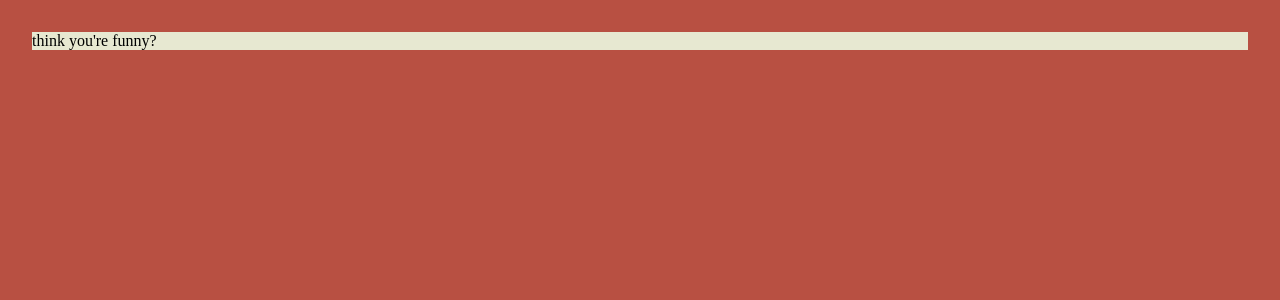
Repository: elchananChen/joke-api
Page: Client/index.html
The author's editor kept a copy of each file at every save. The page is drawn from the files as they stood at one save, then again after the next save.
The browser window is 1280 px wide. The pictures show the whole page.
The page's requests for data from a server got no answer.

Above is the page before, as saved 2024-11-05 01:35:20.
Console error: TypeError: Cannot read properties of undefined (reading 'forEach')

After the next save:
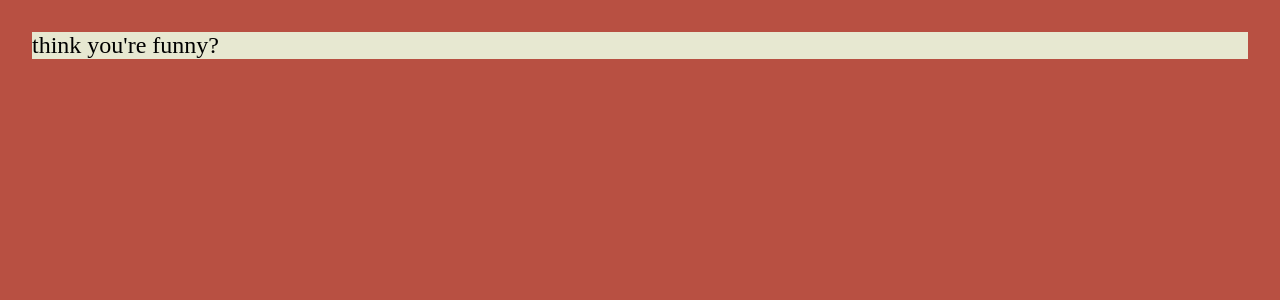
Saved 4 s later.
--- a/Client/styles.css
+++ b/Client/styles.css
@@ -15,7 +15,7 @@ article {
 }
 
 h1 {
-  font-size: 1.5xrem;
+  font-size: 1.5rem;
 }
 
 main {
